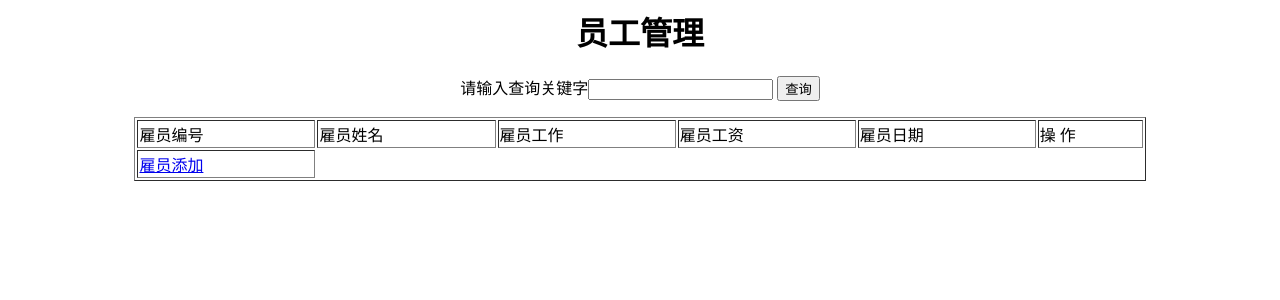
Repository: wikelgc/JSP
Page: http://localhost/yuangongguanli_DAO/
An editor plug-in stored every save of this project. The page is shown before and after the next save, followed by the edit.
The browser window is 1280 px wide. The pictures show the whole page.
The page is served by Tomcat 9. Queries for data that is not in the repository find no rows.

Above is the page before, as saved 2015-06-12 13:01:30.

After the next save:
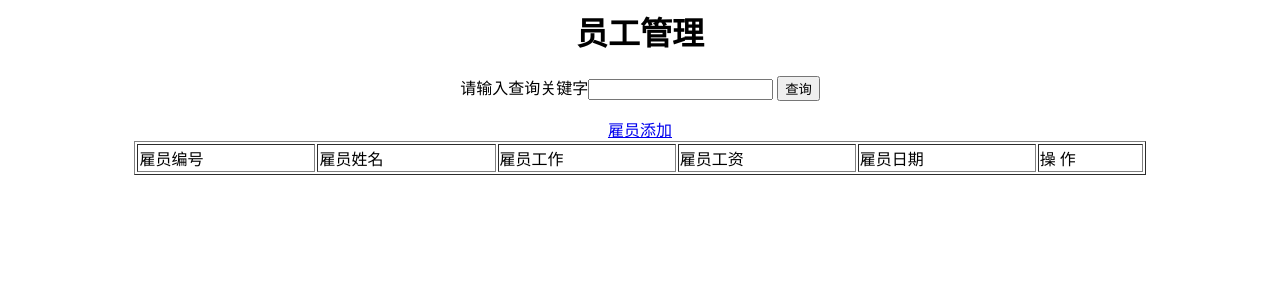
Saved 71 s later.
--- a/yuangongguanli_DAO/WebRoot/index.jsp
+++ b/yuangongguanli_DAO/WebRoot/index.jsp
@@ -51,7 +51,7 @@
    <%
    }
     %>
-    <td><a href="emp_insert.jsp">雇员添加</a></td>
+    <a href="emp_insert.jsp">雇员添加</a>
    </table>
   </center>
   <%
